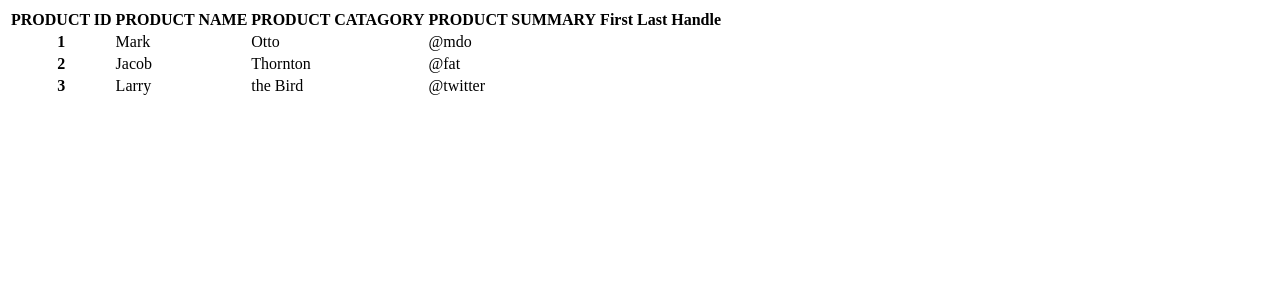
Repository: sukantg-007/Servlet-Examples
Page: http://localhost/webapp17/showproduct.jsp
These files come from the project's save history. The page is drawn as it stood at one moment and after the next save; the edit follows.
The browser window is 1280 px wide. The pictures show the whole page.
The page is served by Tomcat 9.

Above is the page before, as saved 2021-11-14 07:51:00.

After the next save:
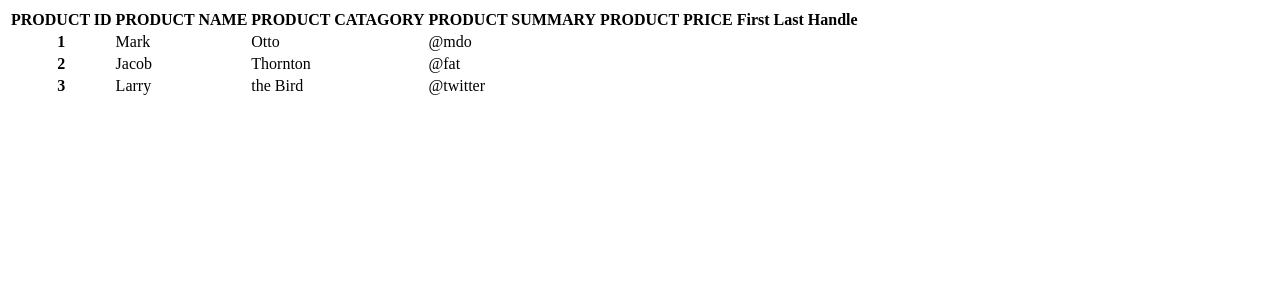
Saved 9 s later.
--- a/webapp17/WebContent/showproduct.jsp
+++ b/webapp17/WebContent/showproduct.jsp
@@ -16,7 +16,7 @@
       <th scope="col">PRODUCT NAME</th>
       <th scope="col">PRODUCT CATAGORY</th>
       <th scope="col">PRODUCT SUMMARY</th>
-
+      <th scope="col">PRODUCT PRICE</th>
       <th scope="col">First</th>
       <th scope="col">Last</th>
       <th scope="col">Handle</th>
